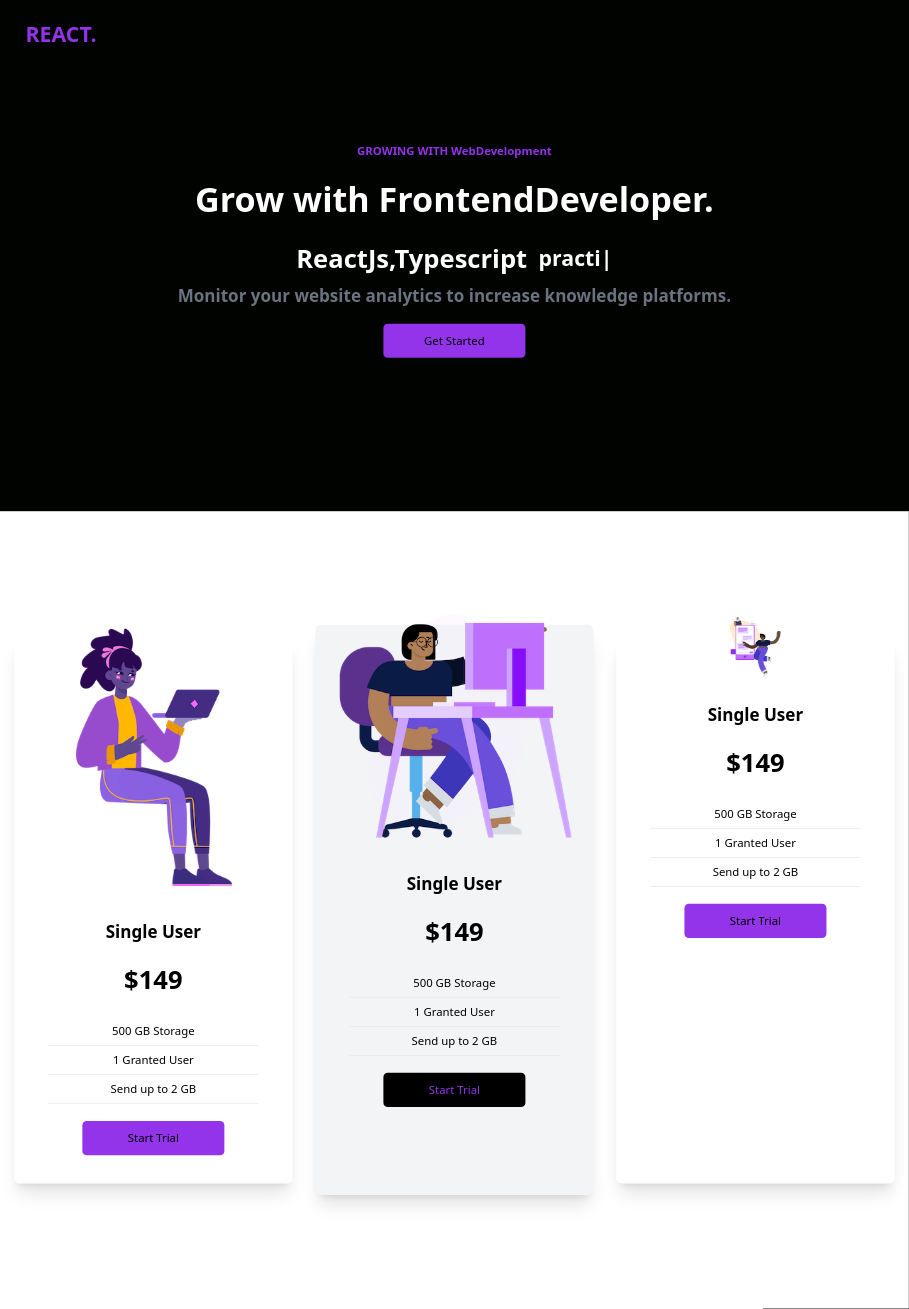
Repository: OmniaRafat232111121/tailwindreact
Page: /
These files come from the project's save history. The page is drawn as it stood at one moment and after a run of saves; the edit follows.
The browser window is 1280 px wide. The pictures show the whole page, at 71% of full size.
The project was rebuilt for these pictures with package versions that can differ from the ones it lists, and the page was loaded fresh each time.

Above is the page before, as saved 2022-09-11 13:23:07.

After the next 2 saves:
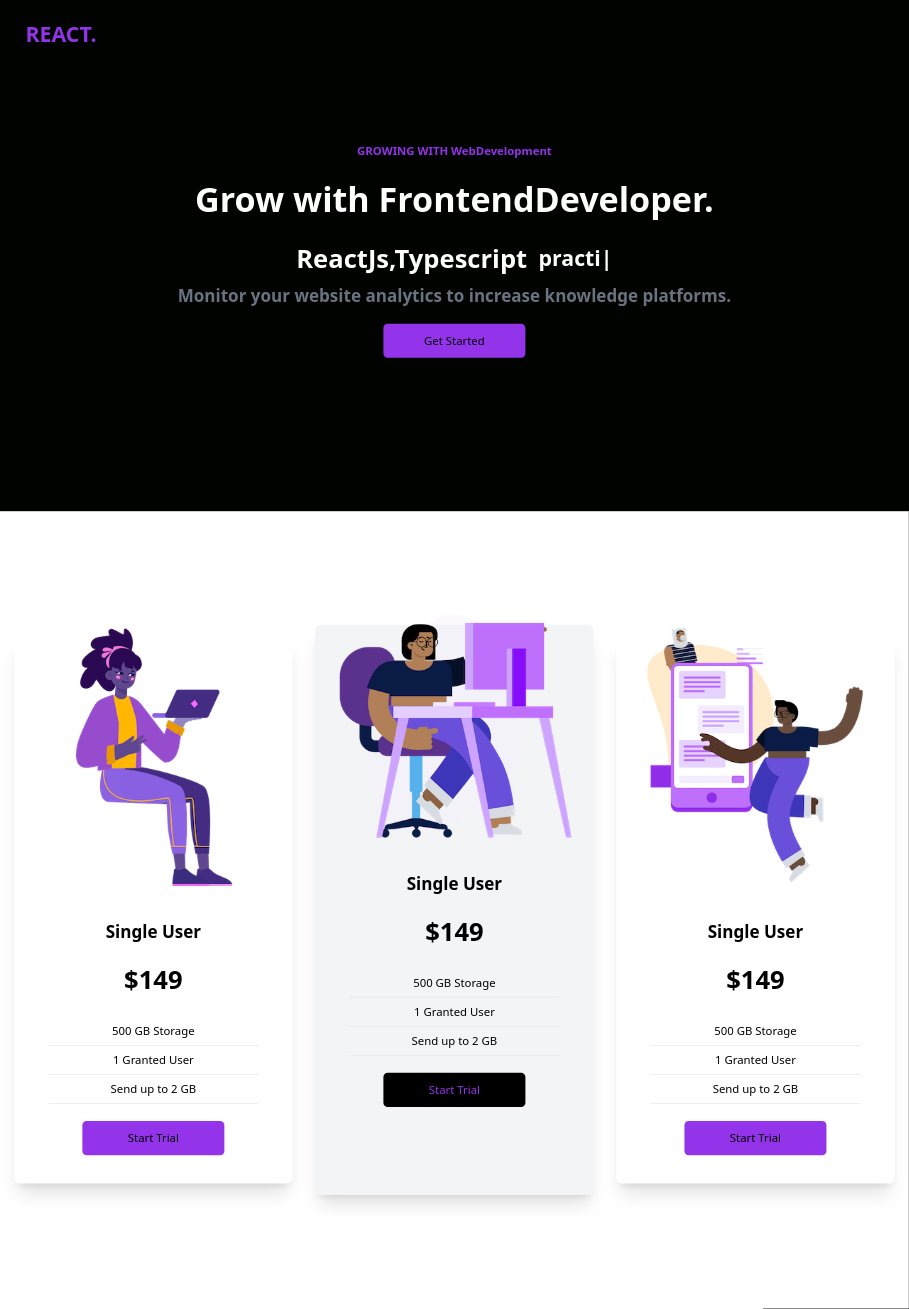
The 2 saves are shown as one change because they came seconds apart.
The last was saved 24 s later.
--- a/src/components/Cards.jsx
+++ b/src/components/Cards.jsx
@@ -30,7 +30,7 @@ const Cards = () => {
               <button className='bg-black text-purple-600 w-[200px] rounded-md font-medium my-6 mx-auto px-6 py-3'>Start Trial</button>
           </div>
           <div className='w-full shadow-xl flex flex-col p-4 my-4 rounded-lg hover:scale-105 duration-300'>
-              <img className='w-20 mx-auto mt-[-3rem] bg-white' src={Triple} alt="/" />
+              <img className='w-25 mx-auto mt-[-3rem] bg-white' src={Triple} alt="/" />
               <h2 className='text-2xl font-bold text-center py-8'>Single User</h2>
               <p className='text-center text-4xl font-bold'>$149</p>
               <div className='text-center font-medium'>
